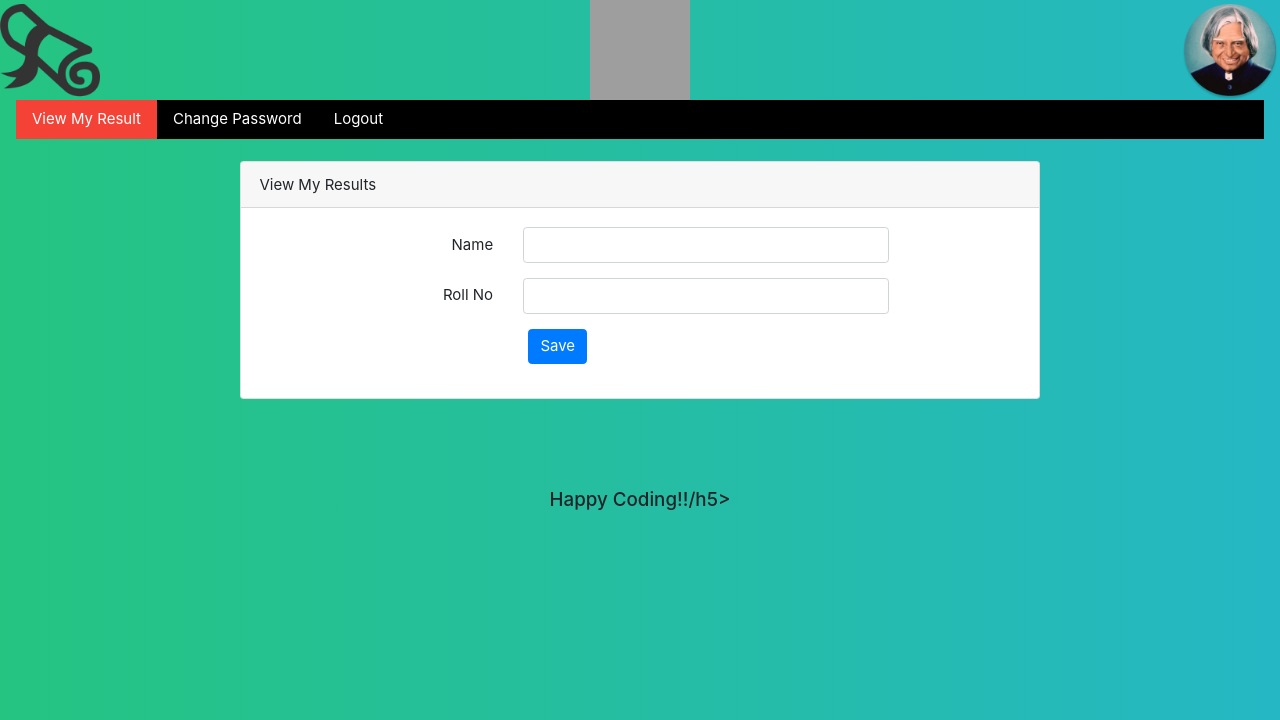
Repository: AlkaDas991/Dbms
Page: http://localhost/Student_Record_Management/studentHome.jsp
An editor plug-in stored every save of this project. The page is shown before and after the next save, followed by the edit.
The browser window is 1280 px wide. The pictures show the whole page.
Pictures or frames that could not be fetched are drawn as grey boxes. Some web fonts or font styles are not loaded; a fallback is used. Some web libraries are served in a nearby version. The page is served by Tomcat 9. Other server files are loaded and not shown.

Above is the page before, as saved 2021-03-12 18:55:44.
Console error: TypeError: Cannot read properties of undefined (reading 'fn')

### Student Record Management/WebContent/studentHome.jsp
<%@include file="header.html"%>
<!DOCTYPE html>
<html>
<title>IIIT,BBSR</title>
<body>
<img src="logo.png"  align="left"width="100" height="100">
<center><img src="ng" width="100" height="100" position="absolute";
  clip = "rect(0px,60px,200px,0px)">
<img src="apj sir.png" align="right"  width="100" height="100"></center>
<div class="w3-container">
  <div class="w3-bar w3-black">
    <button class="w3-bar-item w3-button tablink w3-red" onclick="openCity(event,'London')">View My Result</button>
    <button class="w3-bar-item w3-button tablink" onclick="openCity(event,'Paris')">Change Password</button>
     <a href="dgiOneView.jsp" class="w3-bar-item w3-button tablink">Logout</a>
  </div>

  <div id="London" class="w3-container city">
  <br>
   <link href="//maxcdn.bootstrapcdn.com/bootstrap/4.1.1/css/bootstrap.min.css" rel="stylesheet" id="bootstrap-css">
<script src="//maxcdn.bootstrapcdn.com/bootstrap/4.1.1/js/bootstrap.min.js"></script>
<script src="//cdnjs.cloudflare.com/ajax/libs/jquery/3.2.1/jquery.min.js"></script>
<!------ Alright Include the above in your HEAD tag ---------->

<!doctype html>
<html lang="en">
<head>
    <!--OK Required meta tags -->
    <meta charset="utf-8">
    <meta name="viewport" content="width=device-width, initial-scale=1, shrink-to-fit=no">

    <!-- Fonts -->
    <link rel="dns-prefetch" href="https://fonts.gstatic.com">
    <link href="https://fonts.googleapis.com/css?family=Raleway:300,400,600" rel="stylesheet" type="text/css">



    <link rel="icon" href="Favicon.png">

    <!-- Bootstrap CSS -->
    <link rel="stylesheet" href="https://stackpath.bootstrapcdn.com/bootstrap/4.1.3/css/bootstrap.min.css">
</head>
<body>
<main class="my-form">
    <div class="cotainer">
        <div class="row justify-content-center">
            <div class="col-md-8">
                    <div class="card">
                        <div class="card-header">View My Results</div>
                        <div class="card-body">
                            <form name="my-form" onsubmit="return validform()" action="eachResult.jsp" method="post">
                                <div class="form-group row">
                                    <label for="full_name" class="col-md-4 col-form-label text-md-right">Name</label>
                                    <div class="col-md-6">
                                        <input type="text"  class="form-control" name="name">
                                    </div>
                                </div>
                                <div class="form-group row">
                                    <label for="full_name" class="col-md-4 col-form-label text-md-right">Roll No</label>
                                    <div class="col-md-6">
                                        <input type="text"  class="form-control" name="rollNo">
                                    </div>
                                </div>


                                    <div class="col-md-6 offset-md-4">
                                        <button type="submit" class="btn btn-primary">
                                        Save
                                        </button>
                                    </div>

                            </form>
                        </div>
                    </div>
            </div>
        </div>
    </div>
</main>

<script src="https://code.jquery.com/jquery-3.3.1.slim.min.js"></script>
<script src="https://cdnjs.cloudflare.com/ajax/libs/popper.js/1.14.3/umd/popper.min.js"></script>
<script src="https://stackpath.bootstrapcdn.com/bootstrap/4.1.3/js/bootstrap.min.js"></script>
</body>
  </div>
<!-- 2rd part -->

  <div id="Paris" class="w3-container city" style="display:none">
  <br>
  <link href="//maxcdn.bootstrapcdn.com/bootstrap/4.1.1/css/bootstrap.min.css" rel="stylesheet" id="bootstrap-css">
<script src="//maxcdn.bootstrapcdn.com/bootstrap/4.1.1/js/bootstrap.min.js"></script>
<script src="//cdnjs.cloudflare.com/ajax/libs/jquery/3.2.1/jquery.min.js"></script>
<!------ Include the above in your HEAD tag ---------->

<!doctype html>
<html lang="en">
<head>
    <!-- Required meta tags -->
    <meta charset="utf-8">
    <meta name="viewport" content="width=device-width, initial-scale=1, shrink-to-fit=no">

    <!-- Fonts -->
    <link rel="dns-prefetch" href="https://fonts.gstatic.com">
    <link href="https://fonts.googleapis.com/css?family=Raleway:300,400,600" rel="stylesheet" type="text/css">



    <link rel="icon" href="Favicon.png">

    <!-- Bootstrap CSS -->
    <link rel="stylesheet" href="https://stackpath.bootstrapcdn.com/bootstrap/4.1.3/css/bootstrap.min.css">

</head>
<body>
<main class="my-form">
    <div class="cotainer">
        <div class="row justify-content-center">
            <div class="col-md-8">
                    <div class="card">
                        <div class="card-header">Change Password</div>
                        <div class="card-body">
                            <form name="my-form" onsubmit="return validform()" action="changePassword.jsp" method="">
                                <div class="form-group row">
                                    <label for="full_name" class="col-md-4 col-form-label text-md-right">Current Password</label>
                                    <div class="col-md-6">
                                        <input type="password"class="form-control" name="currPass">
                                    </div>
                                </div>

                                <div class="form-group row">
                                    <label for="full_name" class="col-md-4 col-form-label text-md-right">New Password</label>
                                    <div class="col-md-6">
                                        <input type="password"  class="form-control" name="newPass">
                                    </div>
                                </div>


                                    <div class="col-md-6 offset-md-4">
                                        <button type="submit" class="btn btn-primary">
                                       Save
                                        </button>
                                    </div>

                            </form>
                        </div>
                    </div>
            </div>
        </div>
        <br>
    </div>

</main>

<script src="https://code.jquery.com/jquery-3.3.1.slim.min.js"></script>
<script src="https://cdnjs.cloudflare.com/ajax/libs/popper.js/1.14.3/umd/popper.min.js"></script>
<script src="https://stackpath.bootstrapcdn.com/bootstrap/4.1.3/js/bootstrap.min.js"></script>
</body>
</html>
  </div>


<br><br><br><br>


<center><h5>Happy Coding!!/h5></center>

</body>
</html>

Loaded but not shown: Student Record Management/WebContent/header.html (355 lines, source omitted)

After the next save:
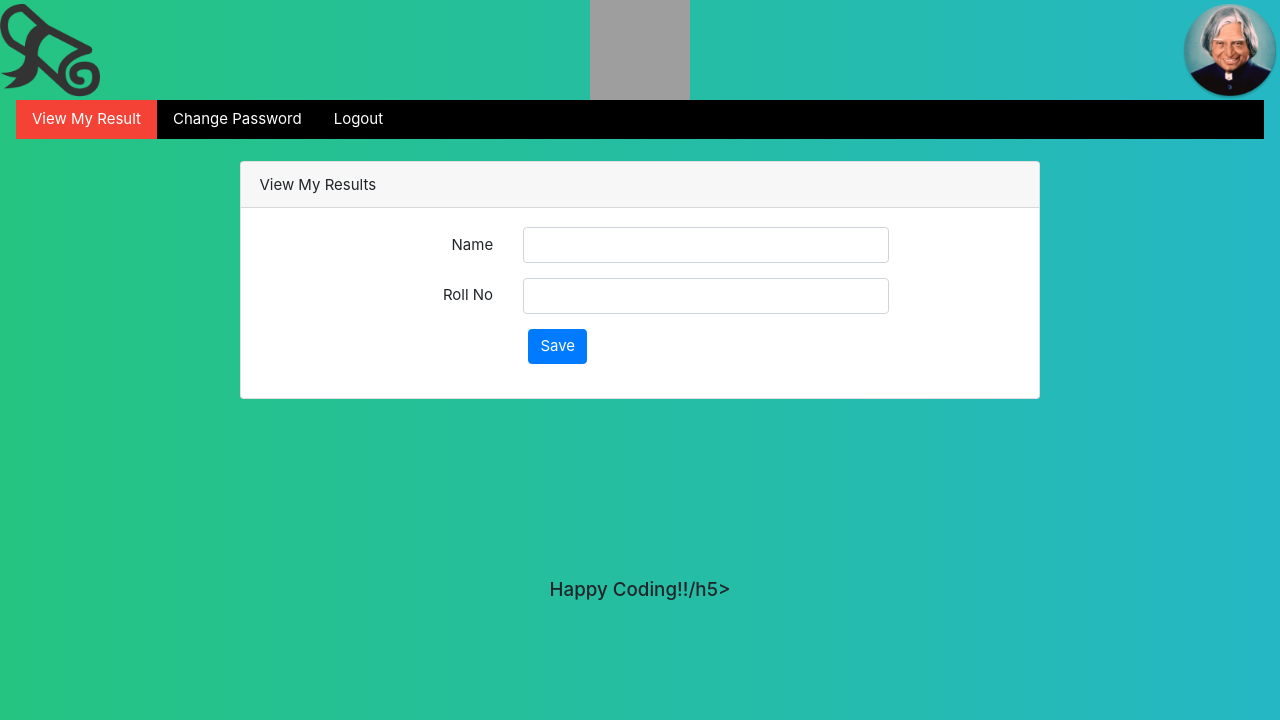
Saved 7 s later.
--- a/Student Record Management/WebContent/studentHome.jsp
+++ b/Student Record Management/WebContent/studentHome.jsp
@@ -157,7 +157,7 @@
   </div>
 
 
-<br><br><br><br>
+<br><br><br><br><br><br><br><br>
 
 
 <center><h5>Happy Coding!!/h5></center>
